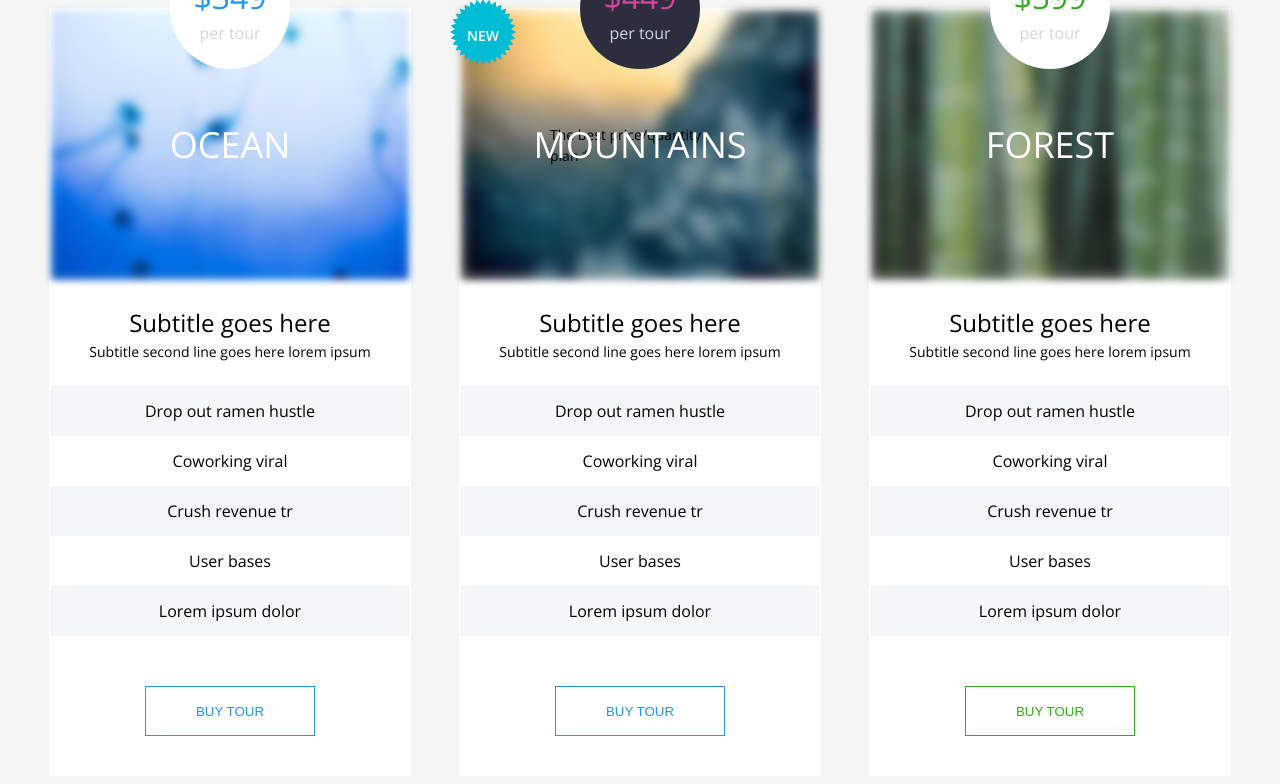
Repository: HoanTiny/pricetable
Page: index.html
The author's editor kept a copy of each file at every save. The page is drawn from the files as they stood at one save, then again after the next save.
The browser window is 1280 px wide. The pictures show the whole page.
Some web fonts or font styles are not loaded; a fallback is used.

Above is the page before, as saved 2022-07-04 11:25:42.

After the next save:
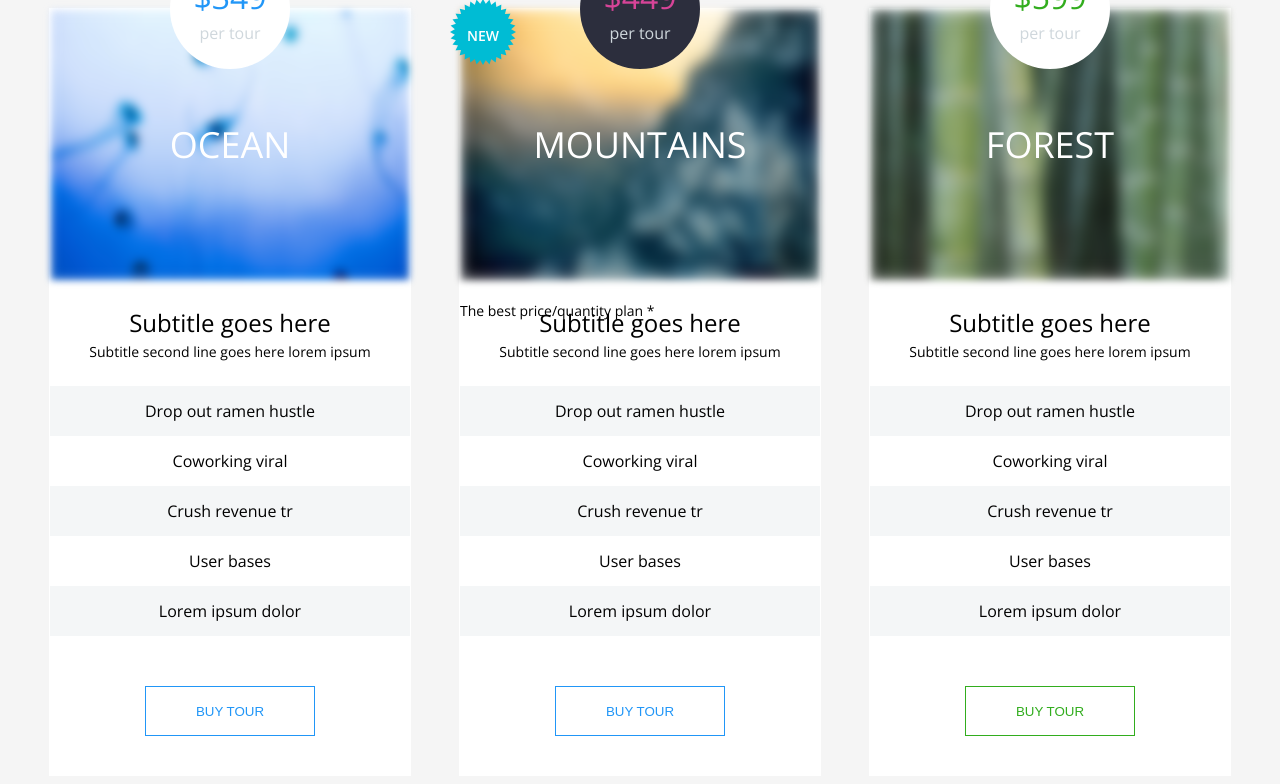
Saved 2 min 0 s later.
--- a/index.html
+++ b/index.html
@@ -44,10 +44,9 @@
             <div class="price-table">
                 <div class="img">
                     <img src="./assests/img/mountain.png" alt="logo" />
-                    <div class="text">
-                        <span>Mountains</span>
-                        <p>The best price/quantity plan *</p>
-                    </div>
+
+                    <span>Mountains</span>
+                    <p>The best price/quantity plan *</p>
                 </div>
                 <div class="title">
                     <div class="title_header">
